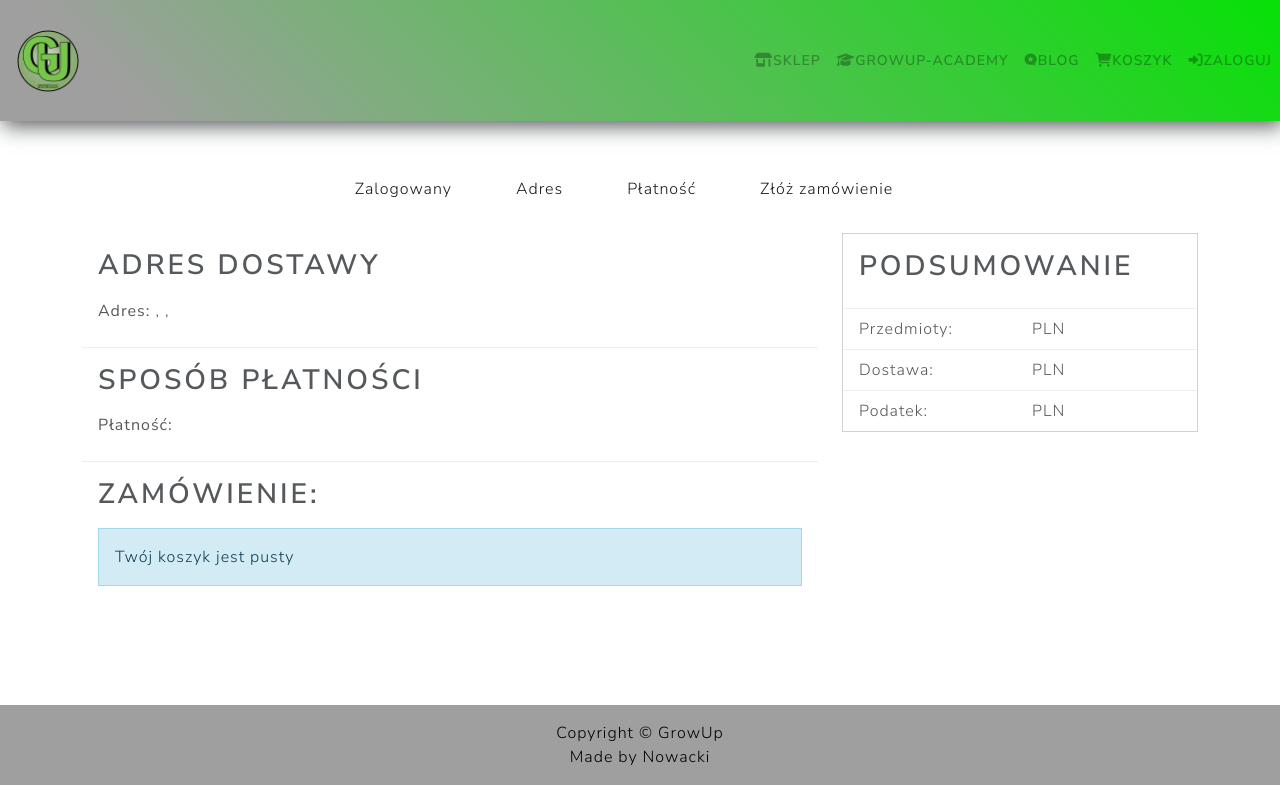
Repository: Nowacki97PL/GrowUpFullStack
Page: /placeorder (app in grow-up-fe/)
The author's editor kept a copy of each file at every save. The page is drawn from the files as they stood at one save, then again after the next save.
The browser window is 1280 px wide. The pictures show the whole page.
The project was rebuilt for these pictures with package versions that can differ from the ones it lists, and the page was loaded fresh each time. Also part of the build but not shown: grow-up-fe/src/components/Rating.js, grow-up-fe/src/components/Product.js, grow-up-fe/src/components/Loader.js, grow-up-fe/src/actions/productActions.js, grow-up-fe/src/screens/ShopScreen.js, grow-up-fe/src/screens/ProductScreen.js, grow-up-fe/src/screens/HomeScreen.js, grow-up-fe/src/actions/cartActions.js and 7 more.

Above is the page before, as saved 2024-02-24 17:59:31.

### grow-up-fe/public/index.html
<!doctype html>
<html lang="pl">
  <head>
    <meta charset="utf-8">
    <meta name="viewport" content="width=device-width, initial-scale=1">
    <link rel="shortcut icon" href="%PUBLIC_URL%/logo.png">
    <link rel="stylesheet" href="https://cdnjs.cloudflare.com/ajax/libs/font-awesome/6.5.1/css/all.min.css" integrity="sha512-DTOQO9RWCH3ppGqcWaEA1BIZOC6xxalwEsw9c2QQeAIftl+Vegovlnee1c9QX4TctnWMn13TZye+giMm8e2LwA==" crossorigin="anonymous" referrerpolicy="no-referrer" />
    <!--
      Notice the use of %PUBLIC_URL% in the tag above.
      It will be replaced with the URL of the `public` folder during the build.
      Only files inside the `public` folder can be referenced from the HTML.

      Unlike "/favicon.ico" or "favicon.ico", "%PUBLIC_URL%/favicon.ico" will
      work correctly both with client-side routing and a non-root public URL.
      Learn how to configure a non-root public URL by running `npm run build`.
    -->
    <title>Grow-Up</title>
  </head>
  <body>
    <div id="root"></div>
    <!--
      This HTML file is a template.
      If you open it directly in the browser, you will see an empty page.

      You can add webfonts, meta tags, or analytics to this file.
      The build step will place the bundled scripts into the <body> tag.

      To begin the development, run `npm start`.
      To create a production bundle, use `npm run build`.
    -->
  </body>
</html>

### grow-up-fe/src/index.js
import React from 'react';
import ReactDOM from 'react-dom/client';
import {Provider} from 'react-redux'
import store from './store'

import App from './App';
import './index.css';
import './bootstrap.css';

const rootElement = document.getElementById('root');

// Użyj createRoot zamiast ReactDOM.render
const root = ReactDOM.createRoot(rootElement);
root.render(
<Provider store={store}>
<App />
</Provider>);

### grow-up-fe/src/store.js
import { createStore, combineReducers, applyMiddleware } from "redux";
import { thunk } from "redux-thunk";
import { composeWithDevTools } from "redux-devtools-extension";
import {
	productListReducers,
	productDetailsReducers,
} from "./reducers/productReducers";
import { cartReducer } from "./reducers/cartReducers";
import { userLoginReducer, userRegisterReducer, userDetailsReducer, userUpdateProfileReducer } from "./reducers/userReducers";

const reducer = combineReducers({
	productList: productListReducers,
	productDetails: productDetailsReducers,
	cart: cartReducer,
	userLogin: userLoginReducer,
	userRegister: userRegisterReducer,
	userDetails: userDetailsReducer,
	userUpdateProfile: userUpdateProfileReducer,
});

const cartItemsFromStorage = localStorage.getItem("cartItems")
	? JSON.parse(localStorage.getItem("cartItems"))
	: [];

const userInfoFromStorage = localStorage.getItem("userInfo")
	? JSON.parse(localStorage.getItem("userInfo"))
	: null;

const shippingAddressFromStorage = localStorage.getItem('shippingAddress') ?
    JSON.parse(localStorage.getItem('shippingAddress')) : {}

	const initialState = {
		cart: {
			cartItems: cartItemsFromStorage,
			shippingAddress: shippingAddressFromStorage,
		},
		userLogin: { userInfo: userInfoFromStorage },
	}

const middleware = [thunk];

const store = createStore(
	reducer,
	initialState,
	composeWithDevTools(applyMiddleware(...middleware))
);

store.subscribe(() => {
	const { cart } = store.getState();
	localStorage.setItem("cartItems", JSON.stringify(cart.cartItems));
});

export default store;

### grow-up-fe/src/App.js
import React from "react";

import { Container } from "react-bootstrap";
import { BrowserRouter as Router, Route, Routes } from "react-router-dom";

import Header from "./components/Header";
import Footer from "./components/Footer";
import ShopScreen from "./screens/ShopScreen";
import ProductScreen from "./screens/ProductScreen";
import HomeScreen from './screens/HomeScreen'
import CartScreen from './screens/CartScreen'
import LoginScreen from './screens/LoginScreen'
import RegisterScreen from './screens/RegisterScreen'
import ProfileScreen from './screens/ProfileScreen'
import ShippingScreen from "./screens/ShippingScreen";
import PaymentScreen from "./screens/PaymentScreen";
import PlaceOrderScreen from "./screens/PlaceOrderScreen";

function App() {
	return (
		<Router>
			<Header />
			<main className="py-5">
				<Container>
					<Routes>
						<Route path="/" element={<HomeScreen />}></Route>
						<Route path="/login" element={<LoginScreen />}></Route>
						<Route path="/register" element={<RegisterScreen />}></Route>
						<Route path="/profile" element={<ProfileScreen />}></Route>
						<Route path="/shipping" element={<ShippingScreen/>}></Route>
						<Route path="/payment" element={<PaymentScreen/>}></Route>
						<Route path="/placeorder" element={<PlaceOrderScreen/>}></Route>
						<Route path="/shop" element={<ShopScreen />}></Route>
						<Route path="/product/:id" element={<ProductScreen />}></Route>
						<Route path="/cart/:id?" element={<CartScreen />}></Route>
					</Routes>
				</Container>
			</main>
			<Footer />
		</Router>
	);
}

export default App;

### grow-up-fe/src/index.css
main {
  min-height: 81.1vh;
  width: 100%;
}


.nav-main {
  width: 100%;
  margin: 0;
}

#Navbar {
  background: linear-gradient(45deg, rgb(160, 159, 159) 10%, rgb(7, 224, 7));
  box-shadow: 3px 5px 20px;
  display: flex;
  justify-content: space-between;
  align-items: center;
}

.navbar-toggler {
  margin-right: 1rem;
}

.img-logo img {
  display: flex;
  height: 3.95rem;
  margin-left: 1rem;
}

#card-title {
  text-decoration: none;
}

h1 {
  font-size: 1.8rem;
  padding: 1rem 0;
}

h2 {
  font-size: 1.4rem;
  padding: 0.5rem 0;
}

h3 {
  padding: 1rem 0;
}

.rating span {
  margin: 0.1rem;
}

#card-border-color {
  border-color: rgb(7, 224, 7);
}

.Footer-main {
  background:  rgb(160, 159, 159);
  width: 100%;
  color: black;
}

### grow-up-fe/src/reducers/productReducers.js
import {
	PRODUCT_LIST_REQUEST,
	PRODUCT_LIST_SUCCESS,
	PRODUCT_LIST_FAIL,
	PRODUCT_DETAILS_REQUEST,
	PRODUCT_DETAILS_SUCCESS,
	PRODUCT_DETAILS_FAIL
} from "../constants/productConstants";

export const productListReducers = (state = { products: [] }, action) => {
	switch (action.type) {
		case PRODUCT_LIST_REQUEST:
			return { loading: true, products: [] };

		case PRODUCT_LIST_SUCCESS:
			return { loading: false, products: action.payload };

		case PRODUCT_LIST_FAIL:
			return { loading: false, error: action.payload };

		default:
			return state;
	}
};


export const productDetailsReducers = (state = { product: {reviews: []} }, action) => {
	switch (action.type) {
		case PRODUCT_DETAILS_REQUEST:
			return { loading: true, ...state };

		case PRODUCT_DETAILS_SUCCESS:
			return { loading: false, product: action.payload };

		case PRODUCT_DETAILS_FAIL:
			return { loading: false, error: action.payload };

		default:
			return state;
	}
};

### grow-up-fe/src/reducers/cartReducers.js
import {
    CART_ADD_ITEM,
    CART_REMOVE_ITEM,
    CART_SAVE_SHIPPING_ADDRESS,

    CART_SAVE_PAYMENT_METHOD,

    CART_CLEAR_ITEMS,
} from '../constants/cartConstans'

export const cartReducer = (state = { cartItems: [] }, action) => {
	switch (action.type) {
		case CART_ADD_ITEM:
			const item = action.payload;
			const existItem = state.cartItems.find((x) => x.product === item.product);

			if (existItem) {
				return {
					...state,
					cartItems: state.cartItems.map((x) =>
						x.product === existItem.product ? item : x
					),
				};
			} else {
				return {
					...state,
					cartItems: [...state.cartItems, item],
				};
			}

		case CART_REMOVE_ITEM:
			return {
				...state,
				cartItems: state.cartItems.filter((x) => x.product !== action.payload),
			};

			case CART_SAVE_SHIPPING_ADDRESS:
				return {
					...state,
					shippingAddress: action.payload
				}

			case CART_SAVE_PAYMENT_METHOD:
				return {
					...state,
					paymentMethod: action.payload
				}

			case CART_CLEAR_ITEMS:
				return {
					...state,
					cartItems: []
				}


		default:
			return state;
	}
};

### grow-up-fe/src/reducers/userReducers.js
import {
	USER_LOGIN_REQUEST,
	USER_LOGIN_SUCCESS,
	USER_LOGIN_FAIL,
	USER_LOGOUT,
	USER_REGISTER_REQUEST,
	USER_REGISTER_SUCCESS,
	USER_REGISTER_FAIL,
	USER_DETAILS_REQUEST,
	USER_DETAILS_SUCCESS,
	USER_DETAILS_FAIL,
	USER_DETAILS_RESET,
	USER_UPDATE_PROFILE_REQUEST,
	USER_UPDATE_PROFILE_SUCCESS,
	USER_UPDATE_PROFILE_FAIL,
	USER_UPDATE_PROFILE_RESET,
} from "../constants/userConstans";

export const userLoginReducer = (state = {}, action) => {
	switch (action.type) {
		case USER_LOGIN_REQUEST:
			return { loading: true };

		case USER_LOGIN_SUCCESS:
			return { loading: false, userInfo: action.payload };

		case USER_LOGIN_FAIL:
			return { loading: false, error: action.payload };

		case USER_LOGOUT:
			return { loading: false };

		default:
			return state;
	}
};

export const userRegisterReducer = (state = {}, action) => {
	switch (action.type) {
		case USER_REGISTER_REQUEST:
			return { loading: true };

		case USER_REGISTER_SUCCESS:
			return { loading: false, userInfo: action.payload };

		case USER_REGISTER_FAIL:
			return { loading: false, error: action.payload };

		case USER_LOGOUT:
			return { loading: false };

		default:
			return state;
	}
};

export const userDetailsReducer = (state = { user: {} }, action) => {
	switch (action.type) {
		case USER_DETAILS_REQUEST:
			return { ...state, loading: true };

		case USER_DETAILS_SUCCESS:
			return { loading: false, user: action.payload };

		case USER_DETAILS_FAIL:
			return { loading: false, error: action.payload };

		case USER_DETAILS_RESET:
			return { user: {} };

		default:
			return state;
	}
};

export const userUpdateProfileReducer = (state = {}, action) => {
	switch (action.type) {
		case USER_UPDATE_PROFILE_REQUEST:
			return { loading: true };

		case USER_UPDATE_PROFILE_SUCCESS:
			return { loading: false, success: true, userInfo: action.payload };

		case USER_UPDATE_PROFILE_FAIL:
			return { loading: false, error: action.payload };

		case USER_UPDATE_PROFILE_RESET:
			return {};

		default:
			return state;
	}
};

### grow-up-fe/src/components/Header.js
import React from "react";
import { useDispatch, useSelector } from "react-redux";
import Nav from "react-bootstrap/Nav";
import Navbar from "react-bootstrap/Navbar";
import { Container, NavDropdown } from "react-bootstrap";
import { LinkContainer } from "react-router-bootstrap";
import { logout } from "../actions/userActions";

function Header() {
	const userLogin = useSelector((state) => state.userLogin);
	const { userInfo } = userLogin;
	const dispatch = useDispatch();

	const logoutHandler = () => {
		dispatch(logout());
	};

	return (
		<header>
			<Navbar expand="md" id="Navbar" collapseOnSelect>

					<LinkContainer to="/">
						<Navbar.Brand className="img-logo">
							<img src="logo.png" alt="logo"></img>
						</Navbar.Brand>
					</LinkContainer>

					<Navbar.Toggle aria-controls="basic-navbar-nav" />
					<Navbar.Collapse id="basic-navbar-nav">
						<Nav className="ms-md-auto">
							<LinkContainer to="/shop">
								<Nav.Link>
									<i className="fa-solid fa-shop"></i>
									Sklep
								</Nav.Link>
							</LinkContainer>

							<LinkContainer to="/growup-academy">
								<Nav.Link>
									<i className="fa-solid fa-graduation-cap"></i>
									GrowUp-Academy
								</Nav.Link>
							</LinkContainer>

							<LinkContainer to="/blog">
								<Nav.Link>
									<i className="fa-brands fa-microblog"></i>
									blog
								</Nav.Link>
							</LinkContainer>

							<LinkContainer to="/cart">
								<Nav.Link>
									<i className="fas fa-shopping-cart"></i>Koszyk
								</Nav.Link>
							</LinkContainer>

							{userInfo ? (
								<NavDropdown title={userInfo.name} id="username">
									<LinkContainer to="/profile">
										<NavDropdown.Item>
											<i className="fas fa-user"></i>Profil
										</NavDropdown.Item>
									</LinkContainer>
									<NavDropdown.Item onClick={logoutHandler}>
										<i className="fa-solid fa-right-from-bracket"></i>
										Wyloguj
									</NavDropdown.Item>
								</NavDropdown>
							) : (
								<LinkContainer to="/login">
									<Nav.Link>
										<i className="fa-solid fa-right-to-bracket"></i>
										Zaloguj
									</Nav.Link>
								</LinkContainer>
							)}
						</Nav>
					</Navbar.Collapse>

			</Navbar>
		</header>
	);
}

export default Header;

### grow-up-fe/src/components/Footer.js
import React from 'react'
import {Container, Row, Col} from 'react-bootstrap'

function Footer() {
  return (
    <footer className='Footer-main'>
      <Container>
        <Row>
          <Col className='text-center py-3'>
          Copyright &copy; GrowUp <br></br>
          Made by Nowacki
          </Col>
        </Row>
      </Container>

    </footer>
  )
}

export default Footer

### grow-up-fe/src/screens/PlaceOrderScreen.js
import React, { useState, useEffect } from "react";
import { Button, Row, Col, ListGroup, Image, Card } from "react-bootstrap";
import { Link } from "react-router-dom";
import { useNavigate } from "react-router-dom";
import { useDispatch, useSelector } from "react-redux";
import Message from "../components/Message";
import CheckoutSteps from "../components/CheckoutSteps";
function PlaceOrderScreen() {
	const cart = useSelector((state) => state.cart);

	return (
		<div>
			<CheckoutSteps step1 step2 step3 step4 />
			<Row>
				<Col md={8}>
					<ListGroup variant="flush">
						<ListGroup.Item>
							<h2>Adres dostawy</h2>

							<p>
								<strong>Adres: </strong>
								{cart.shippingAddress.address}, {cart.shippingAddress.city}
								{"  "}
								{cart.shippingAddress.postalCode},{cart.shippingAddress.country}
							</p>
						</ListGroup.Item>

						<ListGroup.Item>
							<h2>Sposób płatności</h2>

							<p>
								<strong>Płatność: </strong>
								{cart.paymentMethod}
							</p>
						</ListGroup.Item>

						<ListGroup.Item>
							<h2>Zamówienie:</h2>
                            {cart.cartItems.length === 0 ? <Message variant='info'>
                                Twój koszyk jest pusty
                            </Message> : (
                                <ListGroup variant="flush">
                                    {cart.cartItems.map((item, index) =>(
                                        <ListGroup.Item key={index}>
                                            <Row>
                                                <Col md={3}>
                                                    <Image src={item.image} alt={item.name} fluid rounded/>
                                                </Col>
                                                <Col>
                                                    <Link to={`/product/${item.product}`}>{item.name}</Link>
                                                </Col>
                                                <Col md={4}>
                                                    {item.qty} x {item.price} = {(item.qty * item.price).toFixed(2)} PLN
                                                </Col>
                                            </Row>
                                        </ListGroup.Item>
                                    ))}
                                </ListGroup>
                            )}
						</ListGroup.Item>
					</ListGroup>
				</Col>

				<Col md={4}>
                    <Card>
                        <ListGroup variant="flush">
                            <ListGroup.Item>
                                        <h2>Podsumowanie</h2>
                            </ListGroup.Item>

                            <ListGroup.Item>
                                <Row>
                                    <Col>Przedmioty:</Col>
                                    <Col>{cart.cartItems.price} PLN</Col>
                                </Row>
                            </ListGroup.Item>

                            <ListGroup.Item>
                                <Row>
                                    <Col>Dostawa:</Col>
                                    <Col>{cart.shippingPrice} PLN</Col>
                                </Row>
                            </ListGroup.Item>

                            <ListGroup.Item>
                                <Row>
                                    <Col>Podatek:</Col>
                                    <Col>{cart.taxPrice} PLN</Col>
                                </Row>
                            </ListGroup.Item>
                        </ListGroup>
                    </Card>
                </Col>
			</Row>
		</div>
	);
}

export default PlaceOrderScreen;

### grow-up-fe/src/constants/productConstants.js
export const PRODUCT_LIST_REQUEST = 'PRODUCT_LIST_REQUEST'
export const PRODUCT_LIST_SUCCESS = 'PRODUCT_LIST_SUCCESS'
export const PRODUCT_LIST_FAIL = 'PRODUCT_LIST_FAIL'


export const PRODUCT_DETAILS_REQUEST = 'PRODUCT_DETAILS_REQUEST'
export const PRODUCT_DETAILS_SUCCESS = 'PRODUCT_DETAILS_SUCCESS'
export const PRODUCT_DETAILS_FAIL = 'PRODUCT_DETAILS_FAIL'

### grow-up-fe/src/constants/userConstans.js
export const USER_LOGIN_REQUEST = "USER_LOGIN_REQUEST";
export const USER_LOGIN_SUCCESS = "USER_LOGIN_SUCCESS";
export const USER_LOGIN_FAIL = "USER_LOGIN_FAIL";

export const USER_LOGOUT = "USER_LOGIN_REQUEST";

export const USER_REGISTER_REQUEST = "USER_REGISTER_REQUEST";
export const USER_REGISTER_SUCCESS = "USER_REGISTER_SUCCESS";
export const USER_REGISTER_FAIL = "USER_REGISTER_FAIL";

export const USER_DETAILS_REQUEST = "USER_DETAILS_REQUEST";
export const USER_DETAILS_SUCCESS = "USER_DETAILS_SUCCESS";
export const USER_DETAILS_FAIL = "USER_DETAILS_FAIL";
export const USER_DETAILS_RESET = "USER_DETAILS_RESET";

export const USER_UPDATE_PROFILE_REQUEST = "USER_UPDATE_PROFILE_REQUEST";
export const USER_UPDATE_PROFILE_SUCCESS = "USER_UPDATE_PROFILE_SUCCESS";
export const USER_UPDATE_PROFILE_FAIL = "USER_UPDATE_PROFILE_FAIL";
export const USER_UPDATE_PROFILE_RESET = "USER_UPDATE_PROFILE_RESET";

export const USER_LIST_REQUEST = "USER_LIST_REQUEST";
export const USER_LIST_SUCCESS = "USER_LIST_SUCCESS";
export const USER_LIST_FAIL = "USER_LIST_FAIL";
export const USER_LIST_RESET = "USER_LIST_RESET";

export const USER_DELETE_REQUEST = "USER_DELETE_REQUEST";
export const USER_DELETE_SUCCESS = "USER_DELETE_SUCCESS";
export const USER_DELETE_FAIL = "USER_DELETE_FAIL";

export const USER_UPDATE_REQUEST = "USER_UPDATE_REQUEST";
export const USER_UPDATE_SUCCESS = "USER_UPDATE_SUCCESS";
export const USER_UPDATE_FAIL = "USER_UPDATE_FAIL";
export const USER_UPDATE_RESET = "USER_UPDATE_RESET";

### grow-up-fe/src/actions/userActions.js
import {
	USER_LOGIN_REQUEST,
	USER_LOGIN_SUCCESS,
	USER_LOGIN_FAIL,
	USER_LOGOUT,
	USER_REGISTER_REQUEST,
	USER_REGISTER_SUCCESS,
	USER_REGISTER_FAIL,
	USER_DETAILS_REQUEST,
	USER_DETAILS_SUCCESS,
	USER_DETAILS_FAIL,
	USER_DETAILS_RESET,
	USER_UPDATE_PROFILE_REQUEST,
	USER_UPDATE_PROFILE_SUCCESS,
	USER_UPDATE_PROFILE_FAIL,
	USER_UPDATE_PROFILE_RESET,
} from "../constants/userConstans";
import axios from "axios";

export const login = (email, password) => async (dispatch) => {
	try {
		dispatch({
			type: USER_LOGIN_REQUEST,
		});

		const config = {
			headers: {
				"Content-type": "application/json",
			},
		};

		const { data } = await axios.post(
			"/api/users/login/",
			{ username: email, password: password },
			config
		);

		dispatch({
			type: USER_LOGIN_SUCCESS,
			payload: data,
		});

		localStorage.setItem("userInfo", JSON.stringify(data));
	} catch (error) {
		dispatch({
			type: USER_LOGIN_FAIL,
			payload:
				error.response && error.response.data.detail
					? error.response.data.detail
					: error.massage,
		});
	}
};

export const logout = () => {
	return (dispatch) => {
		localStorage.removeItem("userInfo");
		dispatch({ type: USER_LOGOUT });
		dispatch({ type: USER_DETAILS_RESET });
	};
};

export const register = (name, email, password) => async (dispatch) => {
	try {
		dispatch({
			type: USER_REGISTER_REQUEST,
		});

		const config = {
			headers: {
				"Content-type": "application/json",
			},
		};

		const { data } = await axios.post(
			"/api/users/register/",
			{ name: name, email: email, password: password },
			config
		);

		dispatch({
			type: USER_REGISTER_SUCCESS,
			payload: data,
		});

		dispatch({
			type: USER_LOGIN_SUCCESS,
			payload: data,
		});

		localStorage.setItem("userInfo", JSON.stringify(data));
	} catch (error) {
		dispatch({
			type: USER_REGISTER_FAIL,
			payload:
				error.response && error.response.data
					? error.response.data[0]
					: error.massage,
		});
	}
};

export const getUserDetails = (id) => async (dispatch, getState) => {
	try {
		dispatch({
			type: USER_DETAILS_REQUEST,
		});

		const {
			userLogin: { userInfo },
		} = getState();

		const config = {
			headers: {
				"Content-type": "application/json",
				Authorization: `Bearer ${userInfo.token}`,
			},
		};

		const { data } = await axios.get(`/api/users/${id}/`, config);

		dispatch({
			type: USER_DETAILS_SUCCESS,
			payload: data,
		});
	} catch (error) {
		dispatch({
			type: USER_DETAILS_FAIL,
			payload:
				error.response && error.response.data.detail
					? error.response.data.detail
					: error.message,
		});
	}
};

export const updateUserProfile = (user) => async (dispatch, getState) => {
	try {
		dispatch({
			type: USER_UPDATE_PROFILE_REQUEST,
		});

		const {
			userLogin: { userInfo },
		} = getState();

		const config = {
			headers: {
				"Content-type": "application/json",
				Authorization: `Bearer ${userInfo.token}`,
			},
		};

		const { data } = await axios.put(
			`/api/users/profile/update/`,
			user,
			config
		);

		dispatch({
			type: USER_UPDATE_PROFILE_SUCCESS,
			payload: data,
		});

		dispatch({
			type: USER_LOGIN_SUCCESS,
			payload: data,
		});

		localStorage.setItem("userInfo", JSON.stringify(data));
	} catch (error) {
		dispatch({
			type: USER_UPDATE_PROFILE_FAIL,
			payload:
				error.response && error.response.data.detail
					? error.response.data.detail
					: error.message,
		});
	}
};

### grow-up-fe/src/components/Message.js
import React from 'react'
import {Alert} from 'react-bootstrap'

function Message({variant, children}) {
  return (
    <Alert variant={variant}>
      {children}
    </Alert>
  )
}

export default Message

### grow-up-fe/src/components/CheckoutSteps.js
import React from "react";
import { Nav } from "react-bootstrap";
import { LinkContainer } from "react-router-bootstrap";

function CheckoutSteps({ step1, step2, step3, step4 }) {
	return (
		<Nav className="justify-content-center mb-4">
			<Nav.Item>
				{step1 ? (
					<LinkContainer to="/login">
						<Nav.Link>Zalogowany</Nav.Link>
					</LinkContainer>
				) : (
					<Nav.Link disabled>Zalogowany</Nav.Link>
				)}
			</Nav.Item>

			<Nav.Item>
				{step2 ? (
					<LinkContainer to="/shipping">
						<Nav.Link>Adres</Nav.Link>
					</LinkContainer>
				) : (
					<Nav.Link disabled>Adres</Nav.Link>
				)}
			</Nav.Item>

			<Nav.Item>
				{step3 ? (
					<LinkContainer to="/payment">
						<Nav.Link>Płatność</Nav.Link>
					</LinkContainer>
				) : (
					<Nav.Link disabled>Płatność</Nav.Link>
				)}
			</Nav.Item>

			<Nav.Item>
				{step4 ? (
					<LinkContainer to="/placeorder">
						<Nav.Link>Złóż zamówienie</Nav.Link>
					</LinkContainer>
				) : (
					<Nav.Link disabled>Potwierdzenie</Nav.Link>
				)}
			</Nav.Item>
		</Nav>
	);
}

export default CheckoutSteps;

Loaded but not shown: grow-up-fe/src/bootstrap.css (library); grow-up-fe/src/constants/cartConstans.js (common file)

After the next save:
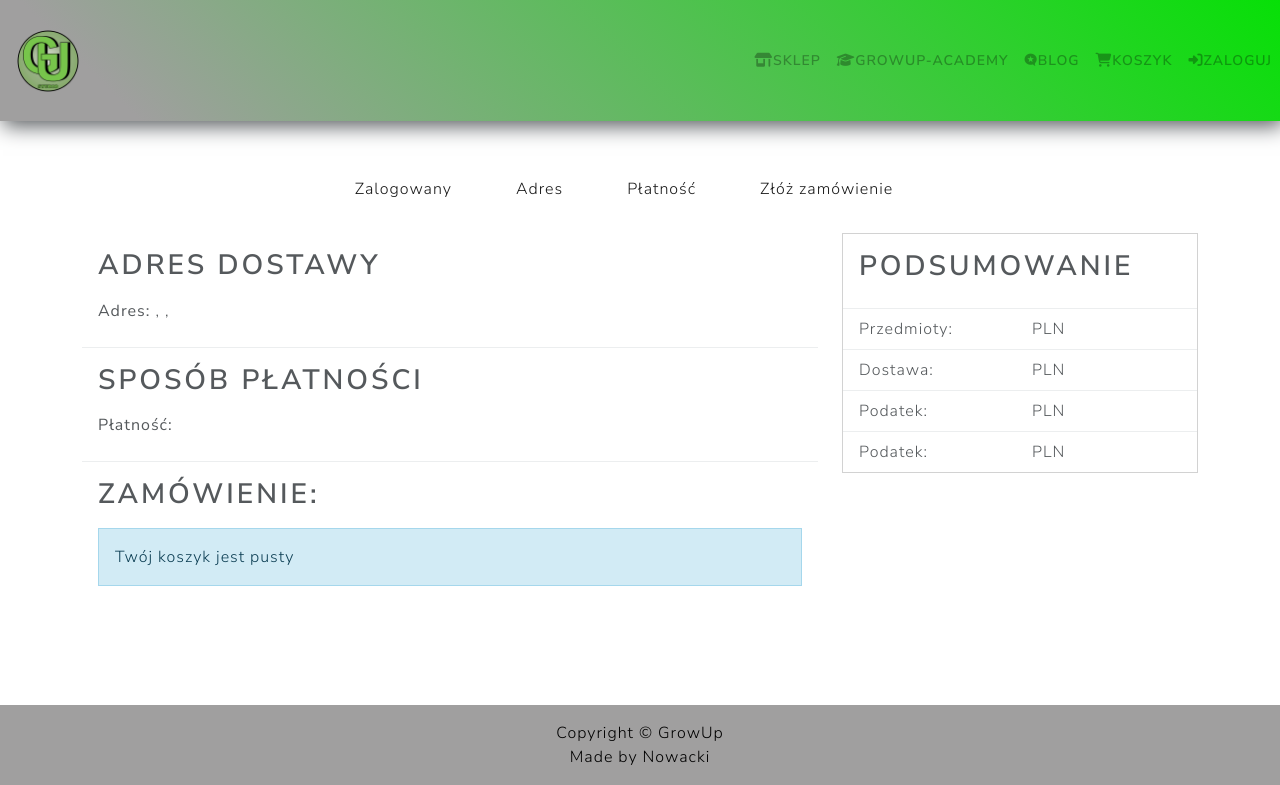
Saved 10 s later.
--- a/grow-up-fe/src/screens/PlaceOrderScreen.js
+++ b/grow-up-fe/src/screens/PlaceOrderScreen.js
@@ -88,6 +88,13 @@ function PlaceOrderScreen() {
                                     <Col>{cart.taxPrice} PLN</Col>
                                 </Row>
                             </ListGroup.Item>
+
+                            <ListGroup.Item>
+                                <Row>
+                                    <Col>Podatek:</Col>
+                                    <Col>{cart.taxPrice} PLN</Col>
+                                </Row>
+                            </ListGroup.Item>
                         </ListGroup>
                     </Card>
                 </Col>
